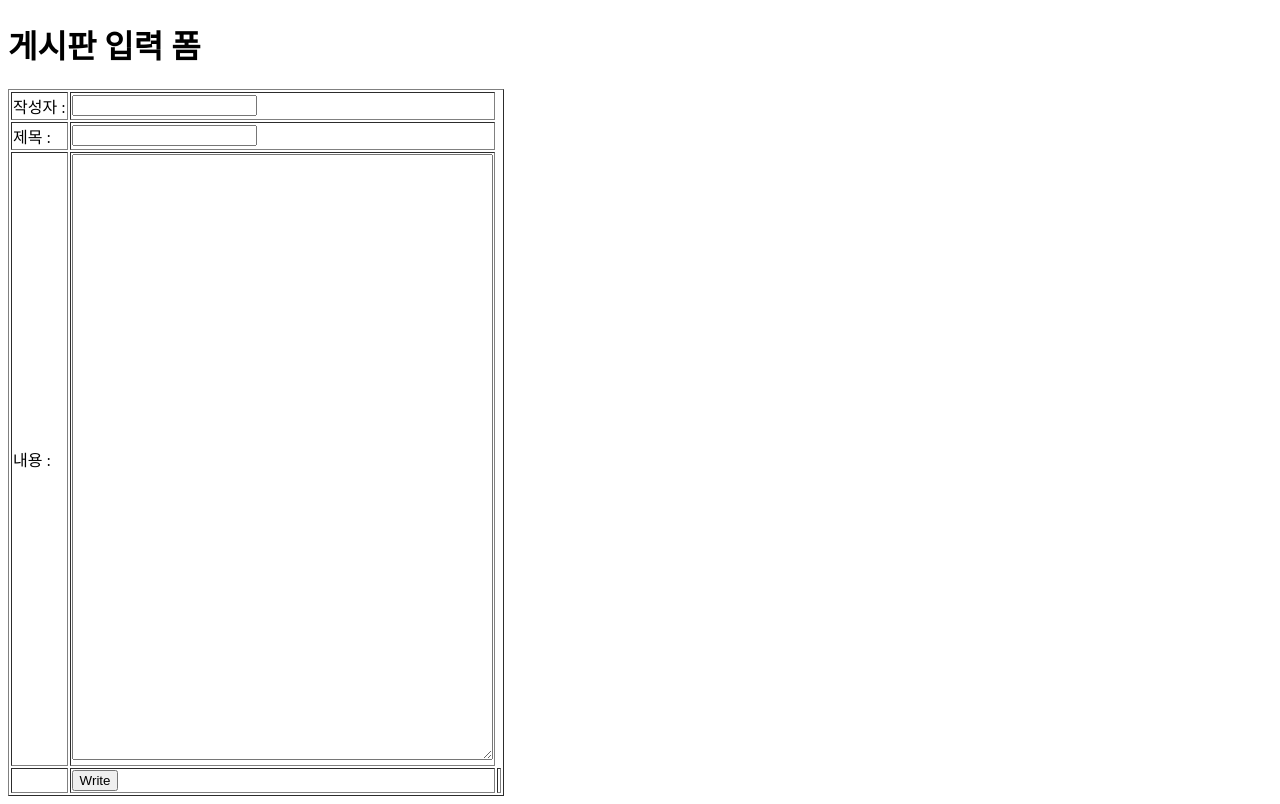
Repository: lbj0314/webTest
Page: Html_2/WebContent/form/form5.html
An editor plug-in stored every save of this project. The page is shown before and after the next save, followed by the edit.
The browser window is 1280 px wide. The pictures show the whole page.

Above is the page before, as saved 2019-10-15 07:25:31.

### Html_2/WebContent/form/form5.html
<!DOCTYPE html>
<html>
<head>
<meta charset="UTF-8">
<title>Insert title here</title>
</head>
<body>
	<h1>게시판 입력 폼</h1>
	<form>
	<table border="1">
	<tr>
	<td>작성자 :</td>
	<td> <input type="text"></td>
	</tr>
	<tr>
	<td>제목 : </td>
	<td><input type="text"></td>
	</tr>
	<tr>
	<td>내용 : </td>
	<td> <textarea rows="40" cols="50"></textarea></td>

	</tr>
	<tr>
	<td></td>
	<td><input type="submit" value="Write"><td>
	</tr>
	</table>
	</form>

</body>
</html>

After the next save:
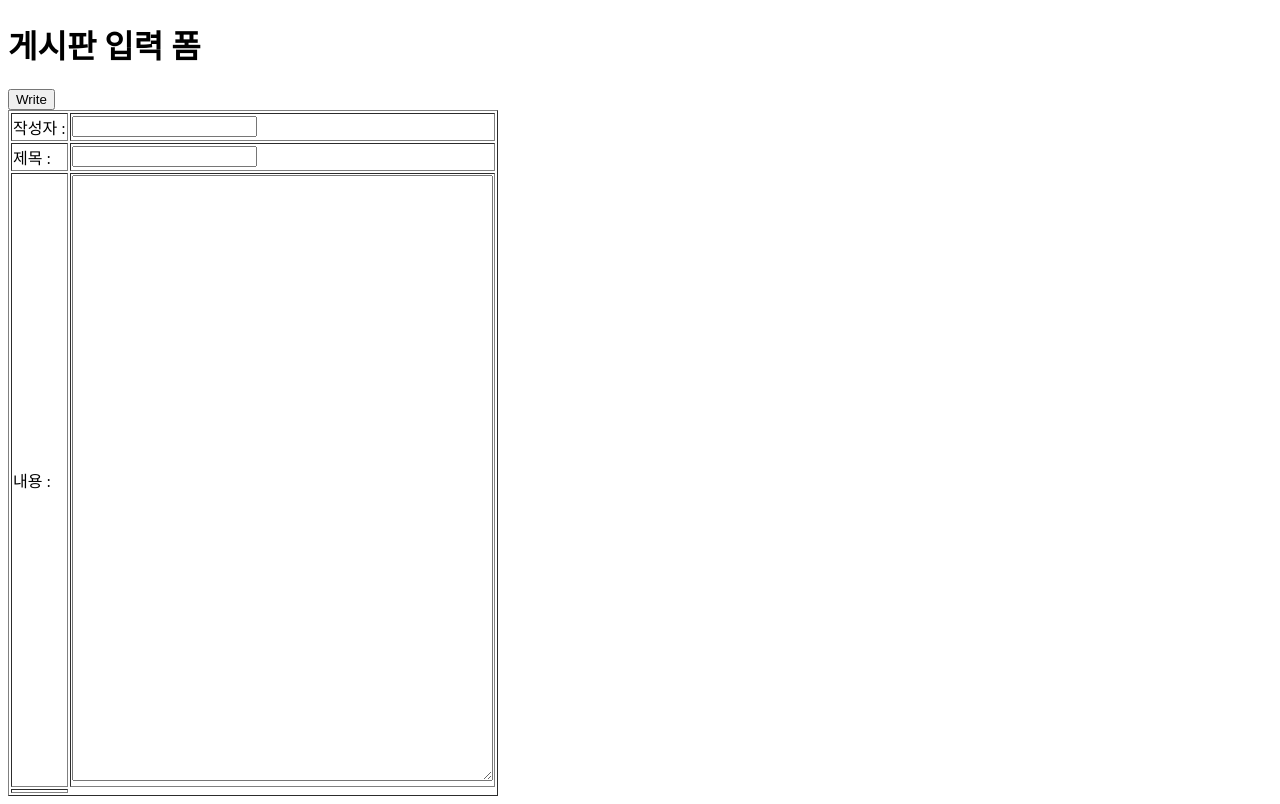
Saved 17 s later.
--- a/Html_2/WebContent/form/form5.html
+++ b/Html_2/WebContent/form/form5.html
@@ -23,7 +23,7 @@
 	</tr>
 	<tr>
 	<td></td>
-	<td><input type="submit" value="Write"><td>
+	<input type="submit" value="Write">
 	</tr>
 	</table>
 	</form>
